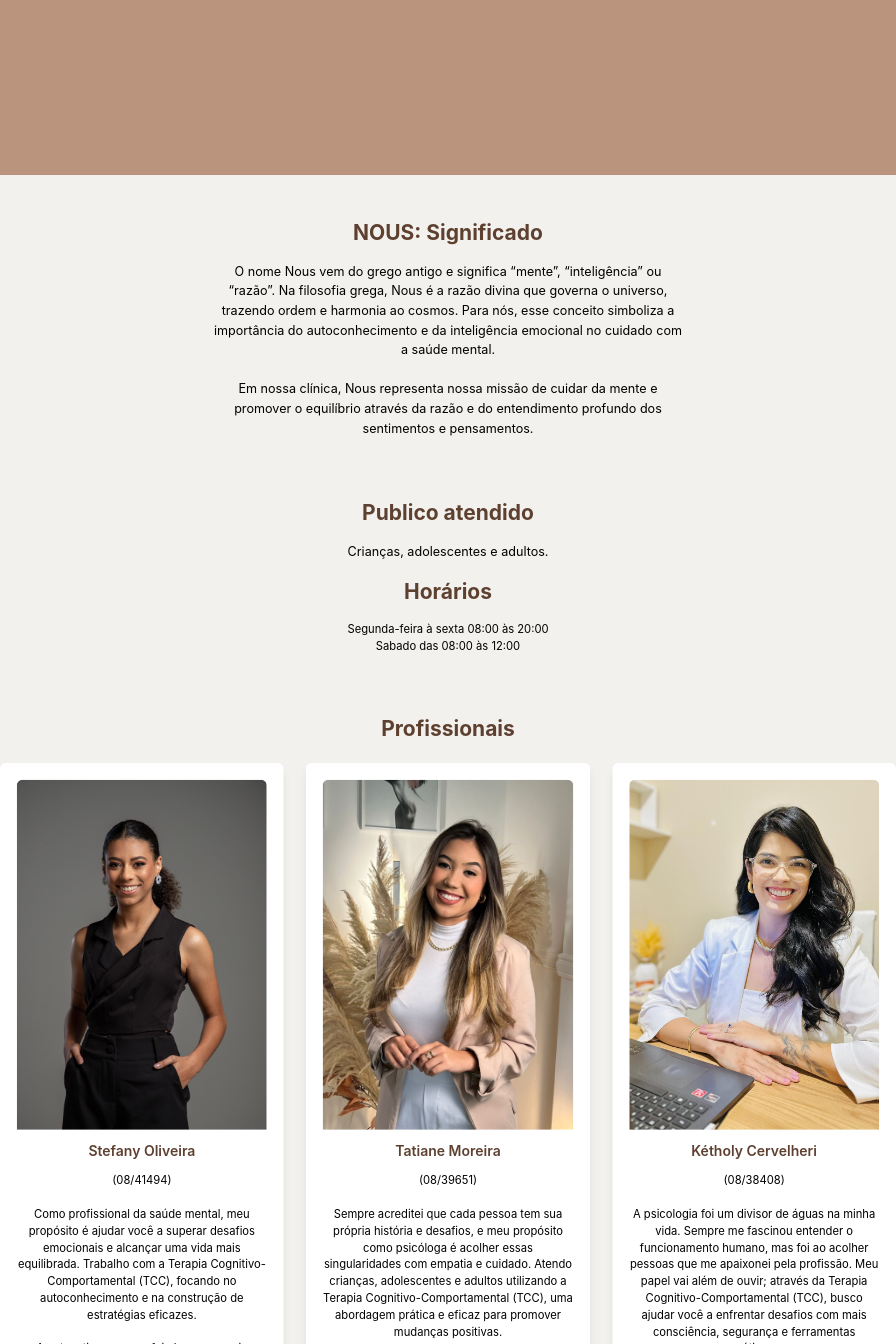
Repository: Mcervelheri/Nous
Page: /
These files come from the project's save history. The page is drawn as it stood at one moment and after the next save; the edit follows.
The browser window is 1280 px wide. The pictures show the part of the page from y = 470 to 2390 px (the page is 3462 px tall before and 3486 px after), at 70% of full size.
The project was rebuilt for these pictures with package versions that can differ from the ones it lists, and the page was loaded fresh each time. Also part of the build but not shown: vite.config.js.

Above is the page before, as saved 2025-03-05 16:17:42.

### index.html
<!DOCTYPE html>
<html lang="en">
  <head>
    <meta charset="UTF-8" />
    <link rel="icon" type="image/svg+xml" href="/src/assets/logos/NOUS.png" />
    <meta name="viewport" content="width=device-width, initial-scale=1.0" />
    <title>Clínica NOUS</title>
  </head>
  <body>
    <div id="root"></div>
    <script type="module" src="/src/main.jsx"></script>
  </body>
</html>

### src/index.css
* {
  margin: 0;
  padding: 0;
  box-sizing: border-box;
}

@media (min-width: 768px) {
  .menu {
    display: flex !important;
  }

  .img_meninas {
    height: 500px;
  }
}

@media (max-width: 768px) {
  .img_meninas {
    height: 500px;
  }

  .inicio {
    flex-direction: column;
  }
}

@media (max-width: 570px) {
  .inicio p {
    text-align: center;
    font-size: 14px;
  }
}

html,
body {
  height: 100%;
  margin: 0;
  padding: 0;
}

#root {
  min-height: 100%;
  display: flex;
  flex-direction: column;
}

main {
  flex: 1;
  padding-bottom: 100px;
  /* Espaço suficiente para o footer */
}

footer {
  flex-shrink: 0;
  /* Isso impede que o footer encolha */
}

body {
  margin: 0;
  font-family: -apple-system, BlinkMacSystemFont, "Segoe UI", "Roboto", "Oxygen",
    "Ubuntu", "Cantarell", "Fira Sans", "Droid Sans", "Helvetica Neue",
    sans-serif;
  -webkit-font-smoothing: antialiased;
  -moz-osx-font-smoothing: grayscale;
}

code {
  font-family: source-code-pro, Menlo, Monaco, Consolas, "Courier New",
    monospace;
}

.map-container {
  height: 100%;
  width: 100%;
}

.swiper-button-next,
.swiper-button-prev {
  background: bg-[#bb947e];
}

@tailwind base;
@tailwind components;
@tailwind utilities;

### src/App.jsx
import Footer from "./components/Footer";
import Header from "./components/Header";
import Main from "./components/Main";

function App() {
  return (
    <>
      <Header />
      <Main />
      <Footer />
    </>
  );
}

export default App;

### src/components/Footer.jsx
import React from "react";
import FooterLinksList from "./FooterLinksList";
import Map from "./Map";
import CopyWrite from "./CopyWrite";

const Footer = () => {
  return (
    <footer
      id="contato"
      className="bg-[#5e4031] text-white pt-6 mt-auto relative z-20"
    >
      <div className="container mx-auto flex flex-col items-center text-center">
        <div>
          <h2 className="text-3xl font-bold mb-6">Entre em Contato</h2>
          <FooterLinksList />
          <a
            href="/formulario"
            className="bg-[#bb947e] text-white px-6 py-3 rounded-lg hover:bg-[#c79165]"
          >
            Agende sua sessão
          </a>
        </div>
        <Map />
      </div>
      <CopyWrite />
    </footer>
  );
};

export default Footer;

### src/components/Header.jsx
import "react";
import { useState } from "react";
import NavLogo from "./NavLogo";
import HamburgerButton from "./HamburgerButton.jsx";
import NavLinks from "./NavLinks";
import logoNous from "/src/assets/logos/logo-nous.png";

const Header = () => {
  const [isOpen, setIsOpen] = useState(false);

  return (
    <nav className="bg-white w-full fixed z-30">
      <div className="max-w-7xl mx-auto px-4 sm:px-6 lg:px-8">
        <div className="flex justify-between items-center h-16">
          <NavLogo logoSrc={logoNous} alt="Logo NOUS" />
          <HamburgerButton isOpen={isOpen} onClick={() => setIsOpen(!isOpen)} />
          <NavLinks isOpen={isOpen} />
        </div>
      </div>
    </nav>
  );
};

export default Header;

### src/components/Main.jsx
import "react";
import Home from "./Home";
import About from "./About";
import Informations from "./Informations";
import Professionals from "./Professionals";
import Essence from "./Essence";

const Main = () => {
  return (
    <>
      <Home />
      <About />
      <Informations />
      <Professionals />
      <Essence />
    </>
  );
};

export default Main;

### src/components/FooterLinksList.jsx
import React from "react";
import FooterLinkData from "./FooterLinkData";
import FooterLink from "./FooterLink";

const FooterLinksList = () => {
  return (
    <div className="mb-4 lg:ml-48 md:ml-48">
      {FooterLinkData.map((FooterLinksList, index) => (
        <FooterLink key={index} {...FooterLinksList} />
      ))}
    </div>
  );
};

export default FooterLinksList;

### src/components/Map.jsx
import React from "react";

const Map = () => {
  return (
    <div className="map-container mt-6 flex justify-center">
      <iframe
        src="https://www.google.com/maps/embed?pb=!1m18!1m12!1m3!1d3661.7272371990225!2d-51.90296751489406!3d-23.39808284194116!2m3!1f0!2f0!3f0!3m2!1i1024!2i768!4f13.1!3m3!1m2!1s0x94ecd10509058b2f%3A0x8e8996fb5f8ad129!2sR.%20Rio%20Jacu%C3%AD%2C%20310%20-%20Conj.%20Res.%20Branca%20Vieira%2C%20Maring%C3%A1%20-%20PR%2C%2087043-160!5e0!3m2!1spt-BR!2sbr!4v1737847076201!5m2!1spt-BR!2sbr"
        width="100%"
        style={{ border: 0 }}
        allowFullScreen=""
        loading="lazy"
        referrerPolicy="no-referrer-when-downgrade"
      ></iframe>
    </div>
  );
};

export default Map;

### src/components/CopyWrite.jsx
import React from "react";

const CopyWrite = () => {
  return (
    <div className="bg-[#bb947e] text-white text-center mt-6 text-sm">
      <p>&copy; 2025 Todos os direitos reservados.</p>
      <p>Desenvolvido por: Matheus Cervelheri</p>
    </div>
  );
};

export default CopyWrite;

### src/components/NavLogo.jsx
import React from "react";

const NavLogo = ({ logoSrc, alt }) => (
  <div>
    <a href="#inicio">
      <img src={logoSrc} alt={alt} className="h-16" />
    </a>
  </div>
);

export default NavLogo;

### src/components/HamburgerButton.jsx
import React from "react";

const HamburgerButton = ({ isOpen, onClick }) => {
  return (
    <button
      className="relative flex flex-col justify-between w-10 h-10 p-2 md:hidden"
      onClick={onClick}
    >
      <span
        className={`block w-8 h-1 bg-[#5e4031] rounded transition-all duration-300 ease-in-out ${
          isOpen ? "rotate-45 translate-y-2.5" : ""
        }`}
      ></span>
      <span
        className={`block w-8 h-1 bg-[#5e4031] rounded transition-all duration-300 ease-in-out ${
          isOpen ? "opacity-0" : ""
        }`}
      ></span>
      <span
        className={`block w-8 h-1 bg-[#5e4031] rounded transition-all duration-300 ease-in-out ${
          isOpen ? "-rotate-45 -translate-y-2.5" : ""
        }`}
      ></span>
    </button>
  );
};

export default HamburgerButton;

### src/components/NavLinks.jsx
import React from "react";
import NavLink from "./NavLink";

const NavLinks = ({ isOpen }) => {
  const links = [
    { href: "#inicio", label: "Início" },
    { href: "#sobre", label: "Sobre" },
    { href: "#profissionais", label: "Profissionais" },
    { href: "#missao", label: "Missão" },
    { href: "#contato", label: "Agende", isButton: true },
  ];

  return (
    <div
      className={`
      absolute right-0 transform transition-all duration-300 ease-in-out
      md:flex md:items-center md:space-x-6 rounded-b-[1vw] menu
      ${
        isOpen
          ? "opacity-100 visible top-16 bg-white shadow-md z-10"
          : "opacity-0 invisible -top-96 md:visible md:opacity-100 md:static"
      }
    `}
    >
      {links.map((link) => (
        <NavLink key={link.href} href={link.href} isButton={link.isButton}>
          {link.label}
        </NavLink>
      ))}
    </div>
  );
};

export default NavLinks;

### src/components/Home.jsx
import "react";
import logoGrande from "/src/assets/logos/logo-nous-grande.png";

const Home = () => {
  return (
    <div id="inicio" className="relative h-screen">
      <div className="inicio fixed inset-0 flex items-center bg-[#bb947e] justify-center z-10 pointer-events-none">
        <div className="max-w-xl">
          <img src={logoGrande} alt="NOUS " className="img_inicio object-fit" />
        </div>
        <p className="text-xl max-w-2xl text-black mx-auto">
          Reconheça, compreenda, transforme-se.
        </p>
      </div>
    </div>
  );
};

export default Home;

### src/components/About.jsx
import React from "react";

const Sobre = () => {
  return (
    <div id="sobre" className="relative bg-[#f3f1ed] py-16 z-20">
      <div className="container mx-auto text-center">
        <h2 className="text-3xl font-bold mb-6 text-[#5e4031]">
          NOUS: Significado
        </h2>
        <p className="max-w-2xl mx-auto text-lg">
          O nome Nous vem do grego antigo e significa “mente”, “inteligência” ou
          “razão”. Na filosofia grega, Nous é a razão divina que governa o
          universo, trazendo ordem e harmonia ao cosmos. Para nós, esse conceito
          simboliza a importância do autoconhecimento e da inteligência
          emocional no cuidado com a saúde mental.
          <br></br>
          <br></br>
          Em nossa clínica, Nous representa nossa missão de cuidar da mente e
          promover o equilíbrio através da razão e do entendimento profundo dos
          sentimentos e pensamentos.
        </p>
      </div>
    </div>
  );
};

export default Sobre;

### src/components/Informations.jsx
import React from "react";

const Information = () => {
  return (
    <div id="Informacoes" className="relative bg-[#f3f1ed] py-6 z-20">
      <div className="container mx-auto text-center">
        <h2 className="text-3xl font-bold mb-6 text-[#5e4031]">
          Publico atendido
        </h2>
        <p className="max-w-2xl mx-auto text-lg">
          Crianças, adolescentes e adultos.
        </p>
        <br></br>
        <h2 className="text-3xl font-bold mb-6 text-[#5e4031]">Horários</h2>
        <p>Segunda-feira à sexta 08:00 às 20:00</p>
        <p>Sabado das 08:00 às 12:00</p>
      </div>
    </div>
  );
};

export default Information;

### src/components/Professionals.jsx
import React from "react";
import ProfessionalsList from "./ProfessionalsList";

const Professionals = () => {
  return (
    <>
      <div id="profissionais" className="relative bg-[#f3f1ed] py-16 z-20">
        <div className="container mx-auto text-center">
          <h2 className="text-3xl font-bold mb-8 text-[#5e4031]">
            Profissionais
          </h2>
          <ProfessionalsList />
        </div>
      </div>
    </>
  );
};

export default Professionals;

### src/components/Essence.jsx
import React from "react";
import EssenceList from "./EssenceList";

const Mission = () => {
  return (
    <div id="missao" className="py-16 relative bg-[#f3f1ed] z-20">
      <div className="container mx-auto text-center">
        <h2 className="text-3xl font-bold mb-8 text-[#5e4031]">
          Nossa Essência
        </h2>
        <div className="grid md:grid-cols-3 gap-8">
          <EssenceList />
        </div>
      </div>
    </div>
  );
};

export default Mission;

### src/components/FooterLinkData.jsx
import React from "react";
import instagram from "/src/assets/icones/instagram.png";
import whatsapp from "/src/assets/icones/whatsapp.png";
import mail from "/src/assets/icones/email.png";
import address from "/src/assets/icones/endereco.png";

const FooterLinkData = [
  {
    href: "https://www.instagram.com/clinicapsiconous",
    src: instagram,
    alt: "Instagram",
    description: "@clinicapsiconous",
  },
  {
    href: "https://wa.me/554498379833",
    src: whatsapp,
    alt: "Whatsapp",
    description: "Telefone: (44) 99837-9833",
  },
  {
    href: "mailto:clinica.psi.nous@gmail.com",
    src: mail,
    alt: "Email",
    description: "clinica.psi.nous@gmail.com",
  },
  {
    href: "https://maps.app.goo.gl/mNjhGvmNRAyKF6jt9",
    src: address,
    alt: "Endereço",
    description: "Rua Rio Jacuí 310, Parque Residencial Tuiuti. CEP: 87043160",
  },
];

export default FooterLinkData;

### src/components/FooterLink.jsx
import React from "react";

const FooterLink = ({ href, src, alt, description }) => {
  return (
    <a
      href={href}
      target="_blank"
      rel="noopener noreferrer"
      className="flex items-center justify-right"
    >
      <img src={src} alt={alt} className="m-2"></img>
      {description}
    </a>
  );
};

export default FooterLink;

### src/components/NavLink.jsx
import React from "react";

const NavLink = ({ href, children, isButton }) => {
  const baseClasses = "block px-4 py-2";
  const regularClasses = `${baseClasses} md:px-0 hover:text-[#bb947e]`;
  const buttonClasses = `${baseClasses} bg-[#bb947e] text-white px-4 py-2 rounded hover:bg-[#c79165]`;

  return (
    <a href={href} className={isButton ? buttonClasses : regularClasses}>
      {children}
    </a>
  );
};
export default NavLink;

### src/components/ProfessionalsList.jsx
import React from "react";
import Professional from "./Professional";
import professionalsData from "./ProfessionalsData";

import { Swiper, SwiperSlide } from "swiper/react";
import { Autoplay, Navigation, Pagination } from "swiper/modules";

import "swiper/css";
import "swiper/css/navigation";
import "swiper/css/pagination";

const ProfessionalsList = () => {
  return (
    <div>
      <div className="hidden lg:grid lg:grid-cols-3 gap-8">
        {professionalsData.map((professional, index) => (
          <Professional key={index} {...professional} />
        ))}
      </div>
      <div className="lg:hidden">
        <div className="relative w-full flex justify-center items-center">
          <button className="custom-prev absolute left-2 z-10 bg-[#5e4031] text-white w-8 h-8 flex items-center justify-center rounded-full transition-all duration-300 hover:bg-[#3c2a20]">
            &#10094;
          </button>

          <Swiper
            style={{
              "--swiper-pagination-color": "#5e4031",
              "--swiper-pagination-bullet-inactive-color": "#999999",
            }}
            modules={[Navigation, Pagination, Autoplay]}
            autoHeight={true}
            spaceBetween={16}
            slidesPerView={1}
            loop={true}
            pagination={{ clickable: true }}
            autoplay={{ delay: 3000, disableOnInteraction: true }}
            navigation={{ prevEl: ".custom-prev", nextEl: ".custom-next" }}
            className="w-[90%] sm:w-[70%] md:w-[60%] lg:w-[50%]"
          >
            {professionalsData.map((professional, index) => (
              <SwiperSlide key={index} className="flex justify-center">
                <Professional {...professional} />
              </SwiperSlide>
            ))}
          </Swiper>

          <button className="custom-next absolute right-2 z-10 bg-[#5e4031] text-white w-8 h-8 flex items-center justify-center rounded-full transition-all duration-300 hover:bg-[#3c2a20]">
            &#10095;
          </button>
        </div>
      </div>
    </div>
  );
};

export default ProfessionalsList;

### src/components/EssenceList.jsx
import React from "react";
import EssenceItem from "./EssenceItem";
import EssenceItensData from "./EssenceItensData";

const EssenceList = () => {
  return (
    <>
      {EssenceItensData.map((item, index) => (
        <EssenceItem key={index} {...item} />
      ))}
    </>
  );
};

export default EssenceList;

### src/components/Professional.jsx
import React from "react";

const Professional = ({ img, name, crp, text1, text2 }) => {
  return (
    <div className="bg-white shadow-lg rounded-lg p-6 h-full w-full">
      <div>
        <img
          src={img}
          alt={name}
          className="w-full img_meninas object-cover object-top rounded-t-lg"
        />
      </div>
      <h3 className="text-xl font-semibold my-4 text-[#5e4031]">{name}</h3>
      <p className="mb-4">
        ({crp})
        <br />
        <br />
        {text1}
        <br />
        <br />
        {text2}
      </p>
      <a href="#contato" className="text-[#5e4031] hover:underline">
        Agende sua sessão
      </a>
    </div>
  );
};

export default Professional;

### src/components/ProfessionalsData.jsx
import stefanyImg from "/src/assets/professionals/Stefany.jpg";
import tatianeImg from "/src/assets/professionals/Tatiane.jpg";
import ketholyImg from "/src/assets/professionals/Ketholy.jpg";

const professionalsData = [
  {
    img: stefanyImg,
    name: "Stefany Oliveira",
    crp: "08/41494",
    text1:
      "Como profissional da saúde mental, meu propósito é ajudar você a superar desafios emocionais e alcançar uma vida mais equilibrada. Trabalho com a Terapia Cognitivo-Comportamental (TCC), focando no autoconhecimento e na construção de estratégias eficazes.",
    text2:
      "A autoestima sempre foi algo que mexia comigo, e hoje meu objetivo é te ajudar a encontrar sua melhor versão, para cultivar boas relações e viver com mais bem-estar. Estou aqui para te apoiar nesse caminho de mudança e crescimento pessoal.",
  },
  {
    img: tatianeImg,
    name: "Tatiane Moreira",
    crp: "08/39651",
    text1:
      "Sempre acreditei que cada pessoa tem sua própria história e desafios, e meu propósito como psicóloga é acolher essas singularidades com empatia e cuidado. Atendo crianças, adolescentes e adultos utilizando a Terapia Cognitivo-Comportamental (TCC), uma abordagem prática e eficaz para promover mudanças positivas.",
    text2:
      "Sou apaixonada pela minha profissão e acredito no poder do autoconhecimento para transformar vidas. Estou aqui para caminhar ao seu lado em direção a uma vida mais equilibrada e significativa.",
  },
  {
    img: ketholyImg,
    name: "Kétholy Cervelheri",
    crp: "08/38408",
    text1:
      "A psicologia foi um divisor de águas na minha vida. Sempre me fascinou entender o funcionamento humano, mas foi ao acolher pessoas que me apaixonei pela profissão. Meu papel vai além de ouvir; através da Terapia Cognitivo-Comportamental (TCC), busco ajudar você a enfrentar desafios com mais consciência, segurança e ferramentas práticas.",
    text2:
      "Acredito que o cuidado psicológico promove mudanças genuínas, ajudando você a alcançar uma vida mais leve, equilibrada e alinhada aos seus valores e objetivos.",
  },
];

export default professionalsData;

### src/components/EssenceItem.jsx
import React from "react";

const EssenceItem = ({ item, text }) => {
  return (
    <div>
      <h3 className="text-2xl font-semibold mb-4 text-[#5e4031]">{item}</h3>
      <p>{text}</p>
    </div>
  );
};

export default EssenceItem;

### src/components/EssenceItensData.jsx
import React from "react";

const EssenceItensData = [
  {
    item: "Missão",
    text: "Oferecer cuidado psicológico de excelência, promovendo o autoconhecimento, a saúde emocional e o bem-estar dos nossos clientes.",
  },
  {
    item: "Visão",
    text: "Ser referência em saúde mental e atendimento psicológico, contribuindo para uma sociedade mais saudável e consciente.",
  },
  {
    item: "Valores",
    text: "Empatia, ética, acolhimento, compromisso com a ciência, respeito à diversidade.",
  },
];

export default EssenceItensData;

### src/components/WhatsApp.jsx
import React from "react";

const WhatsApp = () => {
  return <div>WhatsApp</div>;
};

export default WhatsApp;

Loaded but not shown: src/main.jsx (common file); tailwind.config.js (common file)

After the next save:
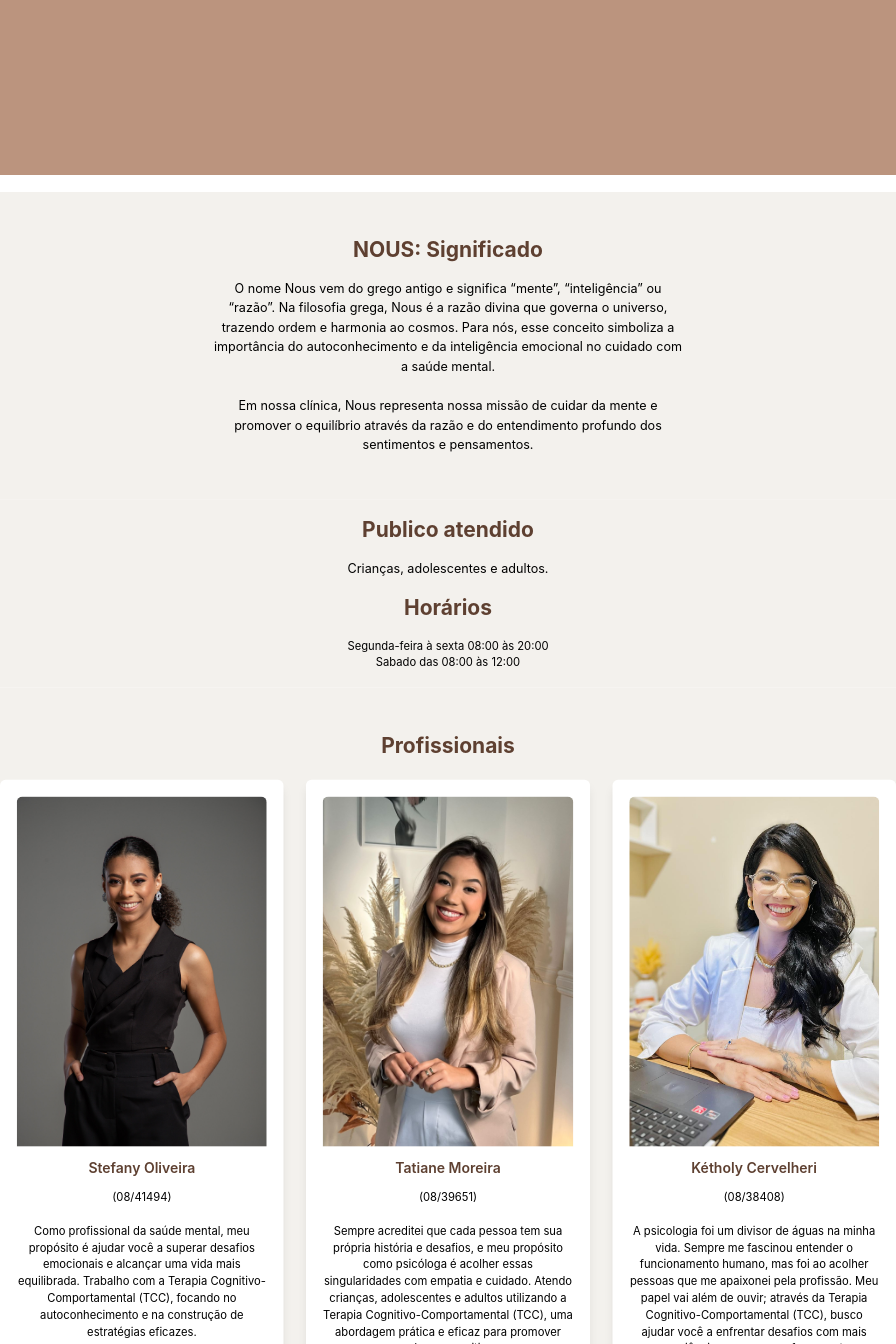
Saved 20 s later.
--- a/src/App.jsx
+++ b/src/App.jsx
@@ -1,10 +1,12 @@
 import Footer from "./components/Footer";
 import Header from "./components/Header";
 import Main from "./components/Main";
+import WhatsApp from "./components/WhatsApp";
 
 function App() {
   return (
     <>
+      <WhatsApp />
       <Header />
       <Main />
       <Footer />

After the save that followed:
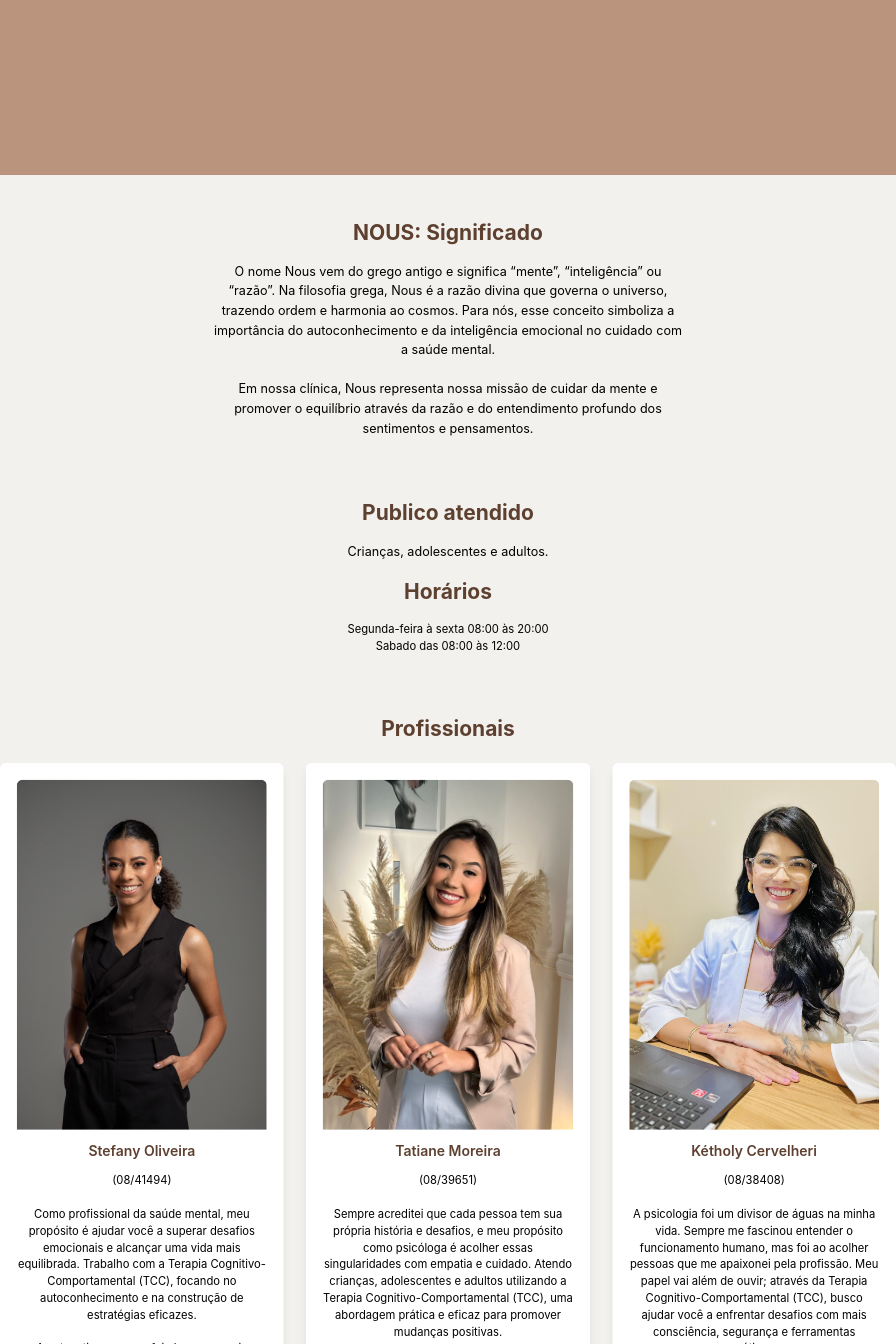
Saved 38 s later.
--- a/src/components/WhatsApp.jsx
+++ b/src/components/WhatsApp.jsx
@@ -1,7 +1,7 @@
 import React from "react";
 
 const WhatsApp = () => {
-  return <div>WhatsApp</div>;
+  return <div className="z-100 fixed">WhatsApp</div>;
 };
 
 export default WhatsApp;
